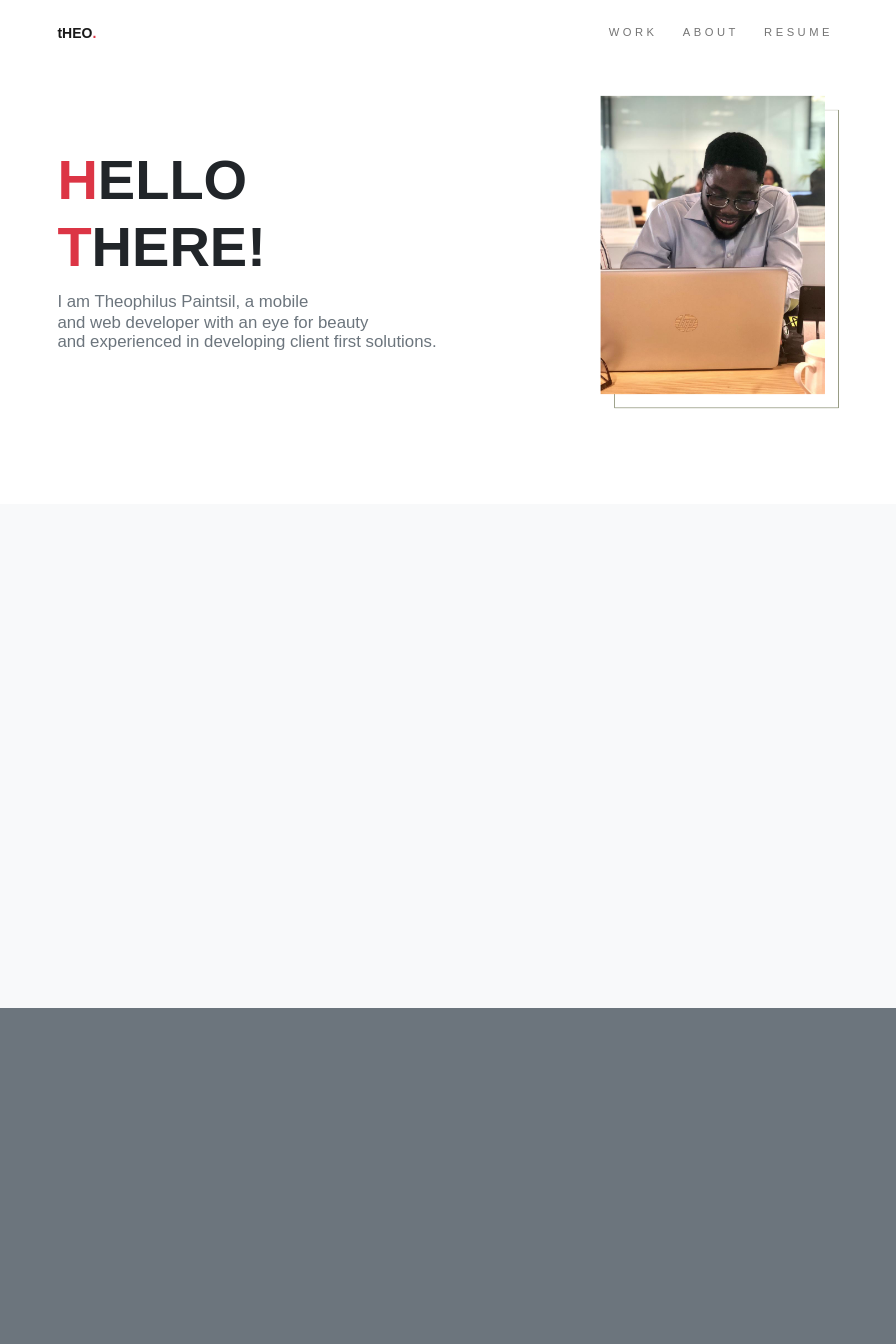
Repository: tHEO2k17/portfolio
Page: /
These files come from the project's save history. The page is drawn as it stood at one moment and after the next save; the edit follows.
The browser window is 1280 px wide. The pictures show the part of the page from y = 0 to 1920 px (the page is 3000 px tall), at 70% of full size.
The project was rebuilt for these pictures with package versions that can differ from the ones it lists, and the page was loaded fresh each time.

Above is the page before, as saved 2021-07-22 08:27:55.

After the next save:
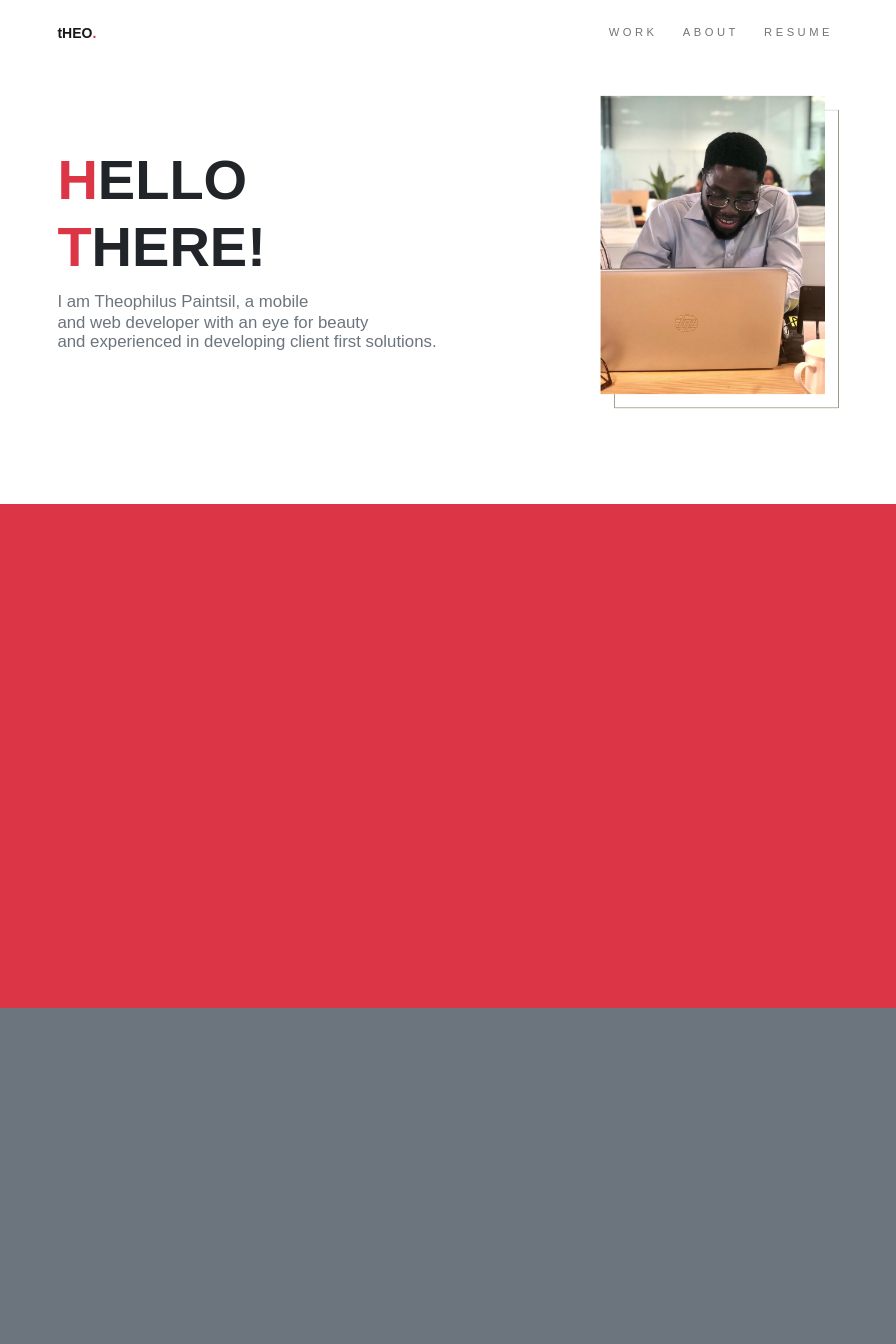
Saved 100 min 25 s later.
--- a/src/presentation/pages/HomePage.tsx
+++ b/src/presentation/pages/HomePage.tsx
@@ -38,7 +38,7 @@ export default function HomePage() {
                 </Container>
             </header>
 
-            <section className="bg-light min-vh-100">
+            <section className="bg-danger min-vh-100">
                 {/* skills and tools */}
             </section>
 
